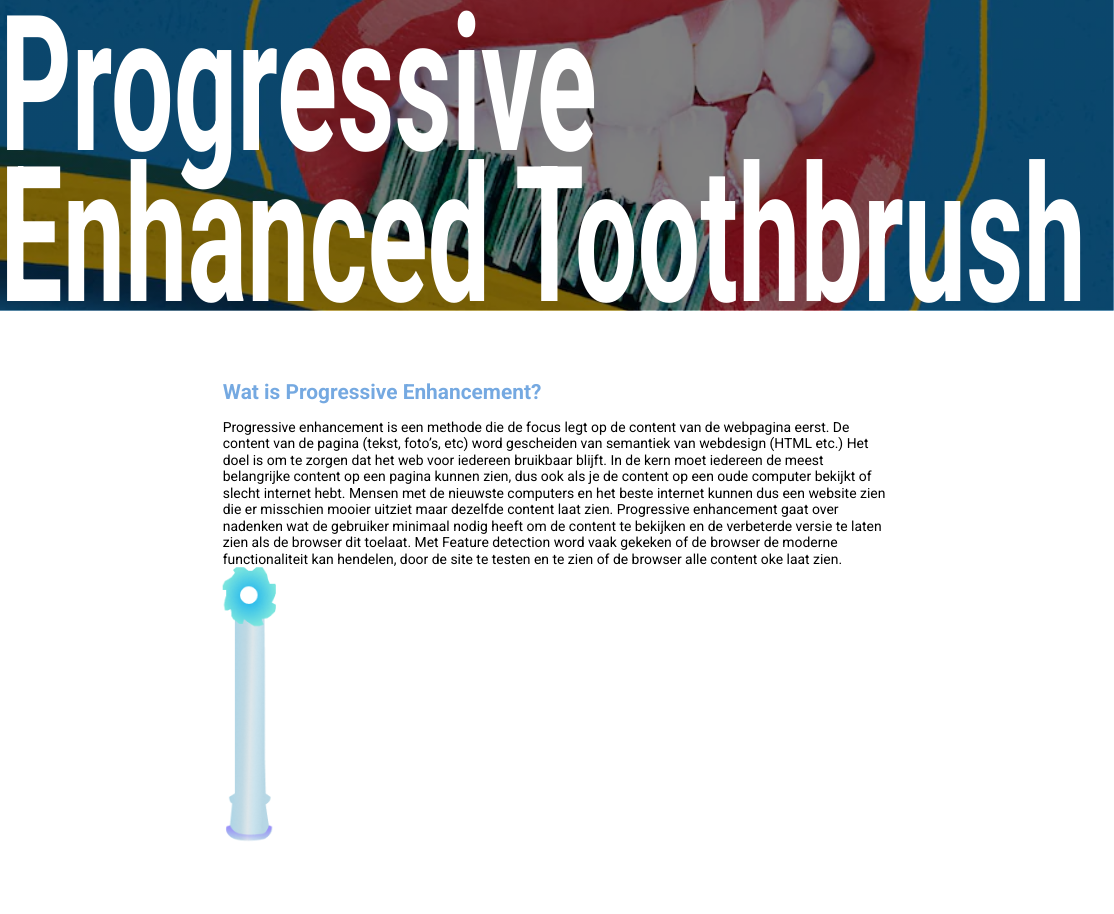
Repository: norakramer1/browser-technologies-2122
Page: progressive-enhanced-toothbrush-main/index.html
These files come from the project's save history. The page is drawn as it stood at one moment and after the next save; the edit follows.
The browser window is 1280 px wide. The pictures show the whole page, at 87% of full size.

Above is the page before, as saved 2022-03-23 12:46:35.

After the next save:
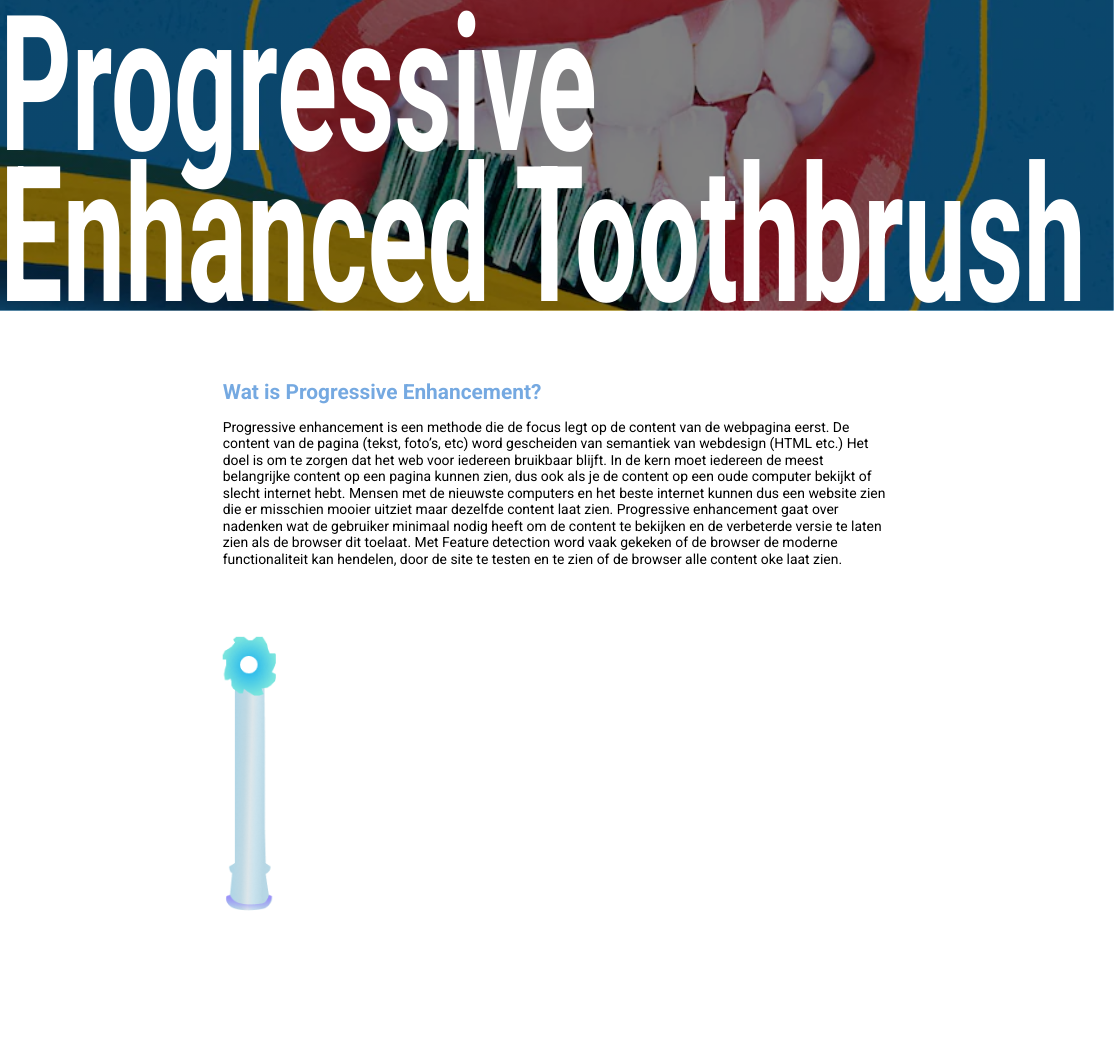
Saved 17 s later.
--- a/progressive-enhanced-toothbrush-main/style.css
+++ b/progressive-enhanced-toothbrush-main/style.css
@@ -29,3 +29,7 @@ h2 {
     color: #75A9E1;
     margin-bottom: 1rem;
 }
+
+article {
+    margin-bottom: 5rem;
+}
